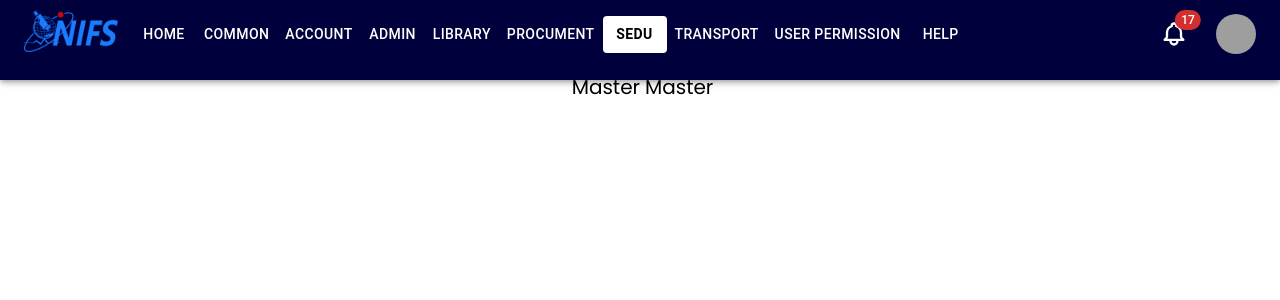
Repository: virangaj/NIFS-WebApp
Page: /sedu (app in client/)
An editor plug-in stored every save of this project. The page is shown before and after the next save, followed by the edit.
The browser window is 1280 px wide. The pictures show the whole page.
Pictures or frames that could not be fetched are drawn as grey boxes. The project was rebuilt for these pictures with package versions that can differ from the ones it lists, and the page was loaded fresh each time. Also part of the build but not shown: client/src/pages/Login.tsx, client/src/pages/Home.tsx, client/src/components/Transport/shared/TransportNavbar.js, client/src/pages/TransportMainPage.tsx, client/src/pages/CommonMainPage.tsx, client/src/pages/AccountMainPage.tsx, client/src/pages/AdminMainPage.tsx, client/src/pages/LibraryMainPage.js and 4 more.

Above is the page before, as saved 2022-07-27 00:38:39.

### client/public/index.html
<!DOCTYPE html>
<html lang="en">
	<head>
		<meta charset="utf-8" />
		<link rel="icon" href="nifs_logo.png" />
		<meta name="viewport" content="width=device-width, initial-scale=1" />
		<meta name="theme-color" content="#000000" />
		<meta
			name="description"
			content="Web site created using create-react-app"
		/>
		<link rel="apple-touch-icon" href="%PUBLIC_URL%/logo192.png" />
		<!--
      manifest.json provides metadata used when your web app is installed on a
      user's mobile device or desktop. See https://developers.google.com/web/fundamentals/web-app-manifest/
    -->
		<link rel="manifest" href="%PUBLIC_URL%/manifest.json" />
		<!--
      Notice the use of %PUBLIC_URL% in the tags above.
      It will be replaced with the URL of the `public` folder during the build.
      Only files inside the `public` folder can be referenced from the HTML.

      Unlike "/favicon.ico" or "favicon.ico", "%PUBLIC_URL%/favicon.ico" will
      work correctly both with client-side routing and a non-root public URL.
      Learn how to configure a non-root public URL by running `npm run build`.
    -->
		<link
			href="https://fonts.googleapis.com/css?family=Poppins"
			rel="stylesheet"
		/>
		<title>NIFS Dashboard</title>
	</head>
	<body>
		<noscript>You need to enable JavaScript to run this app.</noscript>
		<div id="root"></div>
		<!--
      This HTML file is a template.
      If you open it directly in the browser, you will see an empty page.

      You can add webfonts, meta tags, or analytics to this file.
      The build step will place the bundled scripts into the <body> tag.

      To begin the development, run `npm start` or `yarn start`.
      To create a production bundle, use `npm run build` or `yarn build`.
    -->
	</body>
</html>

### client/src/index.css
* {
  margin: 0;
}

body {
  font-family: 'Poppins';
  -webkit-font-smoothing: antialiased;
  -moz-osx-font-smoothing: grayscale;
}

:root {
  --main-navbar-back: #00003c;

}


.nav-logo {
  width: 100px;
  height: auto;
}

/* main navbar */
.main-navbar {
  background-color: var(--main-navbar-back) !important;
  width: 100% !important;
  height: 80px !important;

}



/* secondary navbar */
.secondary-navbar {
  margin-top: 10vh !important;
  margin: auto;
}

.nav-flex-section {
  display: flex;
  justify-content: center;
}

.nav-flex-inside {
  margin-left: 5px;
  margin-left: 5px;
}

.nav-section-title {
  font-size: 20px;
}

/* body content */
.body-content {
  margin: auto;
  width: 90%;
  margin-top: 10vh;

}

.sub-body-content {
  margin: auto;
  width: 90%;
  margin-top: 3vh;
}

### client/src/App.tsx
import React, { useEffect } from 'react';
import Navbar from './components/shared/Navbar';
import Login from './pages/Login'
import { BrowserRouter as Router, Route, Routes } from 'react-router-dom'
import Home from './pages/Home';
import TransportMainPage from './pages/TransportMainPage';
import CommonMainPage from './pages/CommonMainPage';
import AccountMainPage from './pages/AccountMainPage';
import AdminMainPage from './pages/AdminMainPage';
import LibraryMainPage from './pages/LibraryMainPage';
import ProcumentMainPage from './pages/ProcumentMainPage';
import SeduMainPage from './pages/SeduMainPage';
import UserPermissionMainPage from './pages/UserPermissionMainPage';
import NotificationMainPage from './pages/NotificationMainPage';
import HelpMainPage from './pages/HelpMainPage';

function App() {


  return (
    <Router>
      <Navbar />
      <Routes>

        <Route path="/login" element={<Login />} />
        <Route path="/" element={<Home />} />
        <Route path="/common/*" element={<CommonMainPage />} />
        <Route path="/account/*" element={<AccountMainPage />} />
        <Route path="/admin/*" element={<AdminMainPage />} />
        <Route path="/library/*" element={<LibraryMainPage />} />
        <Route path="/procument/*" element={<ProcumentMainPage />} />
        <Route path="/sedu/*" element={<SeduMainPage />} />
        <Route path="/transport/*" element={<TransportMainPage />} />
        <Route
          path="/user-permission/*"
          element={<UserPermissionMainPage />}
        />
        <Route
          path="/notification/*"
          element={<NotificationMainPage />}
        />
        <Route path="/help/*" element={<HelpMainPage />} />
      </Routes>


    </Router>
  );
}

export default App;

### client/src/components/shared/Navbar.tsx
import * as React from 'react';
import AppBar from '@mui/material/AppBar';
import Box from '@mui/material/Box';
import Toolbar from '@mui/material/Toolbar';
import IconButton from '@mui/material/IconButton';
import Typography from '@mui/material/Typography';
import Menu from '@mui/material/Menu';
import Container from '@mui/material/Container';
import Avatar from '@mui/material/Avatar';
import Button from '@mui/material/Button';
import Tooltip from '@mui/material/Tooltip';
import MenuItem from '@mui/material/MenuItem';
import { HiMenuAlt2, HiOutlineBell } from "react-icons/hi";
import Badge from '@mui/material/Badge';
import Logo from '../../images/nifs_logo.png'
import { Link, useLocation } from 'react-router-dom';
const pages = [
    {
        id: 0,
        title: 'Home',
        link: '/',
    },
    {
        id: 1,
        title: 'Common',
        link: '/common',
    },
    {
        id: 2,
        title: 'Account',
        link: '/account',
    },
    {
        id: 3,
        title: 'Admin',
        link: '/admin',
    },
    {
        id: 4,
        title: 'Library',
        link: '/library',
    },
    {
        id: 5,
        title: 'Procument',
        link: '/procument',
    },
    {
        id: 6,
        title: 'SEDU',
        link: '/sedu',
    },
    {
        id: 7,
        title: 'Transport',
        link: '/transport',
    },
    {
        id: 8,
        title: 'User Permission',
        link: '/user-permission',
    },
    // {
    //     id: 9,
    //     title: 'Notification',
    //     link: '/notification',
    // },
    {
        id: 10,
        title: 'Help',
        link: '/help',
    },
];
const settings = [
    {
        id: 0,
        title: 'Login',
        link: '/login',
    },
];
const Navbar = () => {

    const location: any = useLocation();
    console.log(location.pathname.split('/')[1])


    const [anchorElNav, setAnchorElNav] = React.useState<null | HTMLElement>(null);
    const [anchorElUser, setAnchorElUser] = React.useState<null | HTMLElement>(null);

    const handleOpenNavMenu = (event: React.MouseEvent<HTMLElement>) => {
        setAnchorElNav(event.currentTarget);
    };
    const handleOpenUserMenu = (event: React.MouseEvent<HTMLElement>) => {
        setAnchorElUser(event.currentTarget);
    };

    const handleCloseNavMenu = () => {
        setAnchorElNav(null);
    };

    const handleCloseUserMenu = () => {
        setAnchorElUser(null);
    };

    return (
        <AppBar position="fixed" className="main-navbar">
            <Container maxWidth="xl">
                <Toolbar disableGutters>
                    {/*Responsive view start here  */}
                    <Box sx={{ display: { xs: 'none', md: 'flex' }, mr: 1 }}>
                        <Link to='/'>
                            <img src={Logo} alt="logo" className="nav-logo" />
                        </Link>
                    </Box>


                    <Box sx={{ flexGrow: 1, display: { xs: 'flex', md: 'none' } }}>
                        <IconButton
                            size="large"
                            aria-label="account of current user"
                            aria-controls="menu-appbar"
                            aria-haspopup="true"
                            onClick={handleOpenNavMenu}
                            color="inherit"
                        >
                            <HiMenuAlt2 />
                        </IconButton>
                        <Menu
                            id="menu-appbar"
                            anchorEl={anchorElNav}
                            anchorOrigin={{
                                vertical: 'bottom',
                                horizontal: 'left',
                            }}
                            keepMounted
                            transformOrigin={{
                                vertical: 'top',
                                horizontal: 'left',
                            }}
                            open={Boolean(anchorElNav)}
                            onClose={handleCloseNavMenu}
                            sx={{
                                display: { xs: 'block', md: 'none' },
                            }}
                        >
                            {pages && pages.map((page) => (
                                location.pathname.split('/')[1] === page.link.split('/')[1] ?
                                    <Link to={page.link} style={{ textDecoration: 'none' }} >
                                        <Button
                                            key={page.id}
                                            onClick={handleCloseNavMenu}
                                            sx={{ my: 2, color: 'white', display: 'block' }}
                                            style={{ backgroundColor: '#000', color: '#fff', fontWeight: 700 }}
                                        >
                                            {page.title}
                                        </Button>
                                    </Link>
                                    :
                                    <Link to={page.link} style={{ textDecoration: 'none' }} >
                                        <Button
                                            key={page.id}
                                            onClick={handleCloseNavMenu}
                                            sx={{ my: 2, color: 'white', display: 'block' }}
                                            style={{ backgroundColor: '#fff', color: '#000' }}
                                        >
                                            {page.title}
                                        </Button>
                                    </Link>
                            ))}
                        </Menu>
                    </Box>
                    {/* Responsive view ends here */}

                    {/* Full width starts here */}
                    <Box
                        sx={{
                            mr: 2,
                            display: { xs: 'flex', md: 'none' },
                            flexGrow: 1,
                        }}
                    >
                        <Link to='/'>
                            <img src={Logo} alt="logo" className="nav-logo" />
                        </Link>
                    </Box>

                    <Box sx={{ flexGrow: 1, display: { xs: 'none', md: 'flex' } }}>
                        {pages.map((page) => (
                            location.pathname.split('/')[1] === page.link.split('/')[1] ?
                                <Link to={page.link} style={{ textDecoration: 'none' }} >
                                    <Button
                                        key={page.id}
                                        onClick={handleCloseNavMenu}
                                        sx={{ my: 2, color: 'white', display: 'block' }}
                                        style={{ backgroundColor: '#fff', color: '#000', fontWeight: 700 }}


                                    >
                                        {page.title}
                                    </Button>
                                </Link>
                                :
                                <Link to={page.link} style={{ textDecoration: 'none' }} >
                                    <Button
                                        key={page.id}
                                        onClick={handleCloseNavMenu}
                                        sx={{ my: 2, color: 'white', display: 'block' }}

                                    >
                                        {page.title}
                                    </Button>
                                </Link>
                        ))}
                    </Box>
                    <IconButton
                        size="large"
                        aria-label="show 17 new notifications"
                        color="inherit"
                        sx={{ mr: 2 }}
                    >
                        <Badge badgeContent={17} color="error">
                            <HiOutlineBell />
                        </Badge>
                    </IconButton>
                    <Box sx={{ flexGrow: 0 }}>
                        <Tooltip title="Open settings">
                            <IconButton onClick={handleOpenUserMenu} sx={{ p: 0 }}>
                                <Avatar alt="Remy Sharp" src="/static/images/avatar/2.jpg" />
                            </IconButton>
                        </Tooltip>
                        <Menu
                            sx={{ mt: '45px' }}
                            id="menu-appbar"
                            anchorEl={anchorElUser}
                            anchorOrigin={{
                                vertical: 'top',
                                horizontal: 'right',
                            }}
                            keepMounted
                            transformOrigin={{
                                vertical: 'top',
                                horizontal: 'right',
                            }}
                            open={Boolean(anchorElUser)}
                            onClose={handleCloseUserMenu}
                        >
                            {settings && settings.map((setting) => (
                                <MenuItem key={setting.id} onClick={handleCloseUserMenu}>
                                    <Typography textAlign="center">{setting.title}</Typography>
                                </MenuItem>
                            ))}
                        </Menu>
                    </Box>
                </Toolbar>
            </Container>
        </AppBar>
    );
};
export default Navbar;

### client/src/pages/SeduMainPage.tsx
import React from 'react';
import { Route, Routes } from 'react-router-dom';
import SeduSecondaryNavbar from '../components/sedu/SeduSecondaryNavbar';
import SecondaryNavbar from '../components/shared/SecondaryNavbar';


// sedu main page where all other section of sedu department can be access from here
function SeduMainPage() {

	return <div>
		<SeduSecondaryNavbar />
		<div className="sub-body-content">
			<Routes>
				{/* <Route path="/" element={<NewRequest />} />
					<Route path="/recommend" element={<RecommendedRequest />} />
					<Route path="/approve" element={<ApproveRequest />} /> */}
			</Routes>
		</div>
	</div>;
}

export default SeduMainPage;

### client/src/components/sedu/SeduSecondaryNavbar.tsx
import { Box } from '@mui/material'
import React from 'react'

import { FaArtstation, FaApple, FaAppStoreIos } from "react-icons/fa";
function SeduSecondaryNavbar() {

    return (
        <Box sx={{ width: '90%' }} className="secondary-navbar nav-flex-section">
            <div className='nav-flex-inside'>
                <p className='nav-section-title'>Master</p>
            </div>
            <div className='nav-flex-inside'>
                <p className='nav-section-title'>Master</p>
            </div>
        </Box>
    )
}

export default SeduSecondaryNavbar

Loaded but not shown: client/src/index.tsx (common file); client/src/reportWebVitals.ts (common file)

After the next save:
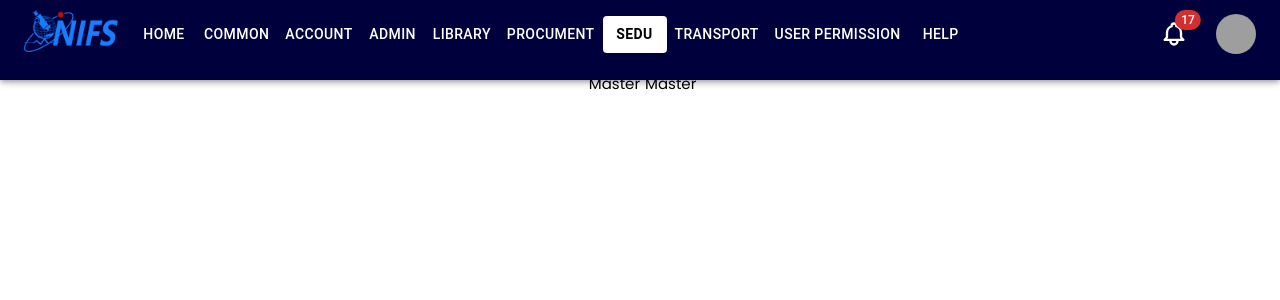
Saved 4 s later.
--- a/client/src/index.css
+++ b/client/src/index.css
@@ -46,7 +46,7 @@ body {
 }
 
 .nav-section-title {
-  font-size: 20px;
+  font-size: 15px;
 }
 
 /* body content */
